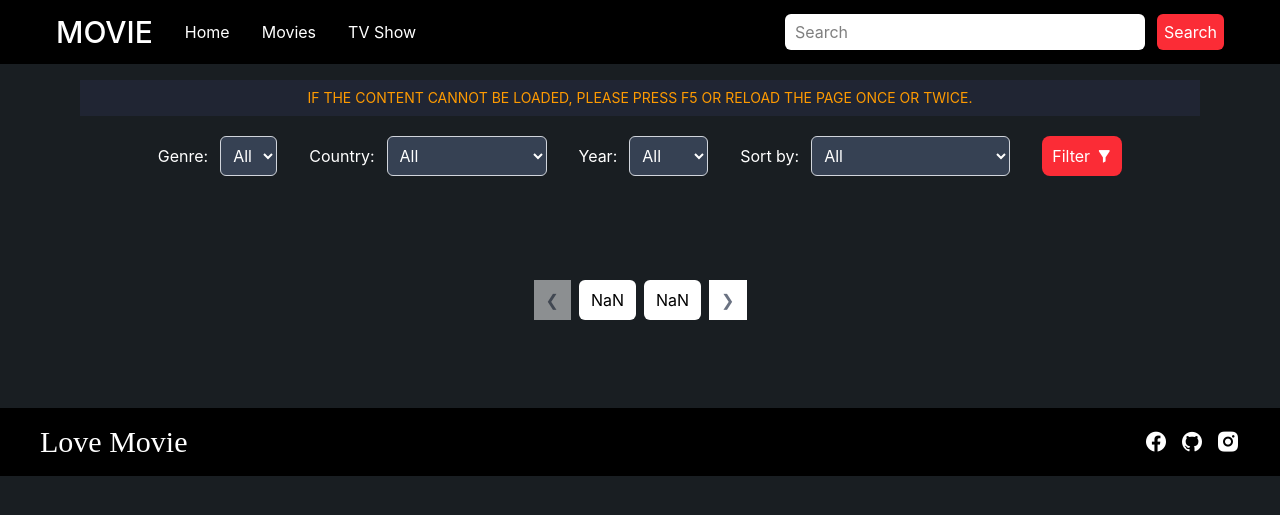
Repository: kimngoc9327/Love_Movie_Project
Page: /movieCategory
The author's editor kept a copy of each file at every save. The page is drawn from the files as they stood at one save, then again after the next save.
The browser window is 1280 px wide. The pictures show the whole page.
The page's requests for data from a server got no answer. The project was rebuilt for these pictures with package versions that can differ from the ones it lists, and the page was loaded fresh each time. No one was signed in, and anything a server would have sent is missing. Also part of the build but not shown: vite.config.js, src/components/ui/VoteAverage.jsx, src/components/ui/MovieCard.jsx, src/components/ui/MovieList.jsx, src/components/ui/Banner.jsx, src/pages/Home.jsx, src/components/ui/PlayTrailerButton.jsx, src/utils/formatTime.jsx and 8 more.

Above is the page before, as saved 2025-03-30 19:49:47.

### index.html
<!DOCTYPE html>
<html lang="en">
  <head>
    <meta charset="UTF-8" />
    <link rel="icon" type="image/svg+xml" href="/love-movie-logo.ico" />
    <meta name="viewport" content="width=device-width, initial-scale=1.0" />
    <title>Love Movie</title>
  </head>
  <body>
    <div id="root"></div>
    <script type="module" src="/src/main.jsx"></script>
  </body>
</html>

### src/main.jsx
import { createRoot } from "react-dom/client";
import "./index.css";
import App from "./App.jsx";
import { store } from "./redux/store";
import { Provider } from "react-redux";
import { BrowserRouter } from "react-router-dom";
import ScrollToTop from "./components/ScrollToTop.jsx";

createRoot(document.getElementById("root")).render(
  <BrowserRouter>
    <ScrollToTop />
    <Provider store={store}>
      <App />
    </Provider>
  </BrowserRouter>
);

### src/index.css
@import "tailwindcss";
@import "remixicon/fonts/remixicon.css";

:root {
  font-family: Inter, system-ui, Avenir, Helvetica, Arial, sans-serif;
  background-color: #171c20fc;
}

/* a {
  font-weight: 500;
  color: #646cff;
  text-decoration: inherit;
}
a:hover {
  color: #535bf2;
}

body {
  margin: 0;
  display: flex;
  place-items: center;
  min-width: 320px;
  min-height: 100vh;
}

h1 {
  font-size: 3.2em;
  line-height: 1.1;
}

button {
  border-radius: 8px;
  border: 1px solid transparent;
  padding: 0.6em 1.2em;
  font-size: 1em;
  font-weight: 500;
  font-family: inherit;
  background-color: #1a1a1a;
  cursor: pointer;
  transition: border-color 0.25s;
}
button:hover {
  border-color: #646cff;
}
button:focus,
button:focus-visible {
  outline: 4px auto -webkit-focus-ring-color;
}

@media (prefers-color-scheme: light) {
  :root {
    color: #213547;
    background-color: #ffffff;
  }
  a:hover {
    color: #747bff;
  }
  button {
    background-color: #f9f9f9;
  }
} */

### src/App.jsx
import { Route, Routes } from "react-router-dom";
import publicRoutes from "./routes";
import DefaultLayout from "./components/layout/DefaultLayout";
import { Fragment } from "react";
function App() {
  return (
    <>
      <Routes>
        {publicRoutes.map((route, index) => {
          const Page = route.component;
          let Layout = DefaultLayout;
          if (route.layout) {
            Layout = route.layout;
          } else if (route.layout === null) {
            Layout = Fragment;
          }
          return (
            <Route
              key={index}
              path={route.path}
              element={
                <Layout>
                  <Page />
                </Layout>
              }
            />
          );
        })}
      </Routes>
    </>
  );
}

export default App;

### src/redux/store.jsx
import { createStore, applyMiddleware } from "redux";
import { rootReducer } from "./rootReducer";
import { thunk } from "redux-thunk";

const store = createStore(rootReducer, applyMiddleware(thunk));

export { store };

### src/components/ScrollToTop.jsx
import { useEffect } from "react";
import { useLocation } from "react-router-dom";

const ScrollToTop = () => {
  const { pathname, search } = useLocation(); // Lắng nghe cả pathname và search

  useEffect(() => {
    window.scrollTo({ top: 0, left: 0, behavior: "smooth" });
  }, [pathname, search]); // Khi pathname hoặc search thay đổi, cuộn lên đầu

  return null;
};

export default ScrollToTop;

### src/routes/index.jsx
import DefaultLayout from "../components/layout/DefaultLayout";
import Home from "../pages/Home";
import MovieCategory from "../pages/MovieCategory";
import Movie from "../pages/Movie";
import MovieGenre from "../pages/MovieGenre";
import SearchMovie from "../pages/SearchMovie";
// import SearchMovie from "../pages/SearchMovie";

const publicRoutes = [
  { path: "/", component: Home, layout: DefaultLayout },
  { path: "/genre", component: MovieGenre, layout: DefaultLayout },
  { path: "/movieCategory", component: MovieCategory, layout: DefaultLayout },
  { path: "/movie", component: Movie, layout: DefaultLayout },
  { path: "/search", component: SearchMovie, layout: DefaultLayout },
];

export default publicRoutes;

### src/components/layout/DefaultLayout.jsx
import Header from "./Header";
import Footer from "./Footer";
import PropTypes from "prop-types";

function DefaultLayout({ children }) {
  return (
    <div>
      <Header />
      <div>{children}</div>
      <Footer />
    </div>
  );
}

DefaultLayout.propTypes = {
  children: PropTypes.any,
};

export default DefaultLayout;

### src/redux/rootReducer.jsx
import { combineReducers } from "redux";
import movieReducer from "./reducer/movieReducer";

export const rootReducer = combineReducers({
  movieReducer,
});

### src/pages/MovieCategory.jsx
import { useEffect, useState } from "react";
import { useDispatch, useSelector } from "react-redux";
import { useLocation, useNavigate } from "react-router-dom";
import { getMovies } from "../redux/actions/movieActions";
import MovieCard from "../components/ui/MovieCard";
import { POSTER_PATH } from "../constants/constants";
import PaginationButton from "../components/ui/PaginationButton";
import MovieFilterBar from "../components/ui/MovieFilterBar";
import Notice from "../components/ui/Notice";

function MovieCategory() {
  const dispatch = useDispatch();
  const location = useLocation();
  const navigate = useNavigate();
  const queryParams = new URLSearchParams(location.search);
  const category = queryParams.get("category");
  const movies = useSelector((state) => state.movieReducer.movies[category]);
  const [page, setPage] = useState(1);

  useEffect(() => {
    if (category) {
      const params = {
        page: page,
      };
      dispatch(getMovies(category, params));
    }
  }, [dispatch, category, page]);

  const totalPages = movies?.total_pages;

  const handleSelectMovie = (id) => {
    navigate(`/movie?id=${id}`);
  };

  return (
    <div className="m-20">
      <Notice />
      <div className="flex flex-col items-center mt-5">
        <MovieFilterBar />
        <div className="grid grid-cols-4 gap-8  my-12">
          {movies?.results
            ?.filter((movie) => movie.title && movie.poster_path)
            .map((movie) => (
              <div onClick={() => handleSelectMovie(movie?.id)} key={movie.id}>
                <MovieCard
                  title={movie?.title}
                  poster={POSTER_PATH + movie?.poster_path}
                  vote={Number(movie?.vote_average.toFixed(2))}
                />
              </div>
            ))}
        </div>
        <PaginationButton
          currentPage={page}
          onPageChange={setPage}
          totalPages={totalPages}
        />
      </div>
    </div>
  );
}

export default MovieCategory;

### src/components/layout/Header.jsx
import { Link } from "react-router-dom";
import MovieDropdown from "../ui/MovieDropdown";
import SearchInput from "../ui/SearchInput";

const Header = () => {
  return (
    <div className="flex fixed z-50 w-screen top-0 items-center text-white p-[24px] h-[64px] bg-black">
      <div className="flex space-x-8 items-center ml-8">
        <Link to="/">
          <p className="hover:text-red-500 font-medium text-3xl">MOVIE</p>
        </Link>
        <Link to="/">
          <p className="hover:text-red-500 text-base">Home</p>
        </Link>
        <MovieDropdown />
        <div className="relative group hover:text-red-500 hover:cursor-pointer">
          <p>TV Show</p>{" "}
          <span className="absolute top-full left-1/2 transform -translate-x-1/2 mb-2 w-max bg-[#202533] text-white text-xs px-2 py-1 rounded opacity-0 group-hover:opacity-100 transition-opacity">
            Coming soon
          </span>
        </div>
      </div>
      <SearchInput />
    </div>
  );
};

export default Header;

// import { useState } from "react";
// import { Link } from "react-router-dom";
// import MovieDropdown from "../ui/MovieDropdown";
// import SearchInput from "../ui/SearchInput";

// const Header = () => {
//   const [menuOpen, setMenuOpen] = useState(false);

//   return (
//     <div className="fixed lg:justify-between z-50 w-full top-0 bg-black text-white p-4 flex items-center justify-between h-16">
//       {/* Logo & Menu Button */}
//       <div className="flex  space-x-8 items-center ml-8 ">
//         {/* Hamburger Menu Button (Hidden on larger screens) */}
//         <button
//           className="ml-4 block lg:hidden text-white text-xl"
//           onClick={() => setMenuOpen(!menuOpen)}
//         >
//           {menuOpen ? (
//             <i className="ri-close-line"></i> // Icon đóng menu
//           ) : (
//             <i className="ri-menu-line"></i> // Icon mở menu
//           )}
//         </button>

//         <Link
//           to="/"
//           className="text-3xl max-lg:text-xl font-medium hover:text-red-500 mr-8"
//         >
//           MOVIE
//         </Link>
//       </div>

//       {/* Navigation Links (Hidden on small screens) */}
//       <div
//         className={`lg:flex lg:items-center lg:space-x-8 absolute lg:static top-16 left-0 w-full bg-black lg:bg-transparent p-4 lg:p-0 transition-all ${
//           menuOpen ? "block" : "hidden"
//         }`}
//       >
//         <Link to="/" className="block py-2 text-base hover:text-red-500">
//           Home
//         </Link>
//         <MovieDropdown />
//         <div className="relative group hover:text-red-500 hover:cursor-pointer block py-2">
//           <p>TV Show</p>
//           <span className="absolute top-full left-1/2 transform -translate-x-1/2 mt-2 w-max bg-[#202533] text-white text-xs px-2 py-1 rounded opacity-0 group-hover:opacity-100 transition-opacity">
//             Coming soon
//           </span>
//         </div>
//       </div>

//       {/* Search Input (Always visible) */}
//       <div className="ml-auto hidden lg:block">
//         <SearchInput />
//       </div>
//     </div>
//   );
// };

// export default Header;

### src/components/layout/Footer.jsx
function Footer() {
  return (
    <div className="flex space-x-10 mt-12 py-4 px-10 items-center justify-between text-white bg-black">
      <p className="font-[fantasy] text-3xl ">Love Movie</p>

      <div className="flex space-x-3 max-lg:bg-white">
        <i className="ri-facebook-circle-fill  text-2xl"></i>
        <i className="ri-github-fill  text-2xl"></i>
        <i className="ri-instagram-fill text-2xl"></i>
      </div>
    </div>
  );
}

export default Footer;

### src/redux/reducer/movieReducer.jsx
import {
  GET_GENRE_MOVIE,
  GET_MOVIE,
  GET_MOVIE_COLLECTION,
  GET_MOVIE_DISCOVER,
  GET_MOVIES,
  GET_RECOMMENDATIONS,
  SEARCH_MOVIE,
} from "../types";

const initialState = {
  movies: {},
  genres: {},
  search: {},
  recommendations: {},
  collection: null,
  currentMovie: null,
};

const movieReducer = (state = initialState, action) => {
  switch (action.type) {
    case GET_MOVIES:
      return {
        ...state,
        movies: { ...state.movies, [action.category]: action.payload },
      };
    case GET_MOVIE_DISCOVER:
      return { ...state, movies: action.payload };
    case GET_MOVIE_COLLECTION:
      return { ...state, collection: action.payload };
    case GET_GENRE_MOVIE:
      return { ...state, genres: action.payload };
    case GET_RECOMMENDATIONS:
      return { ...state, recommendations: action.payload };
    case SEARCH_MOVIE:
      return { ...state, search: action.payload };
    case GET_MOVIE:
      return { ...state, currentMovie: action.payload };
    default:
      return state;
  }
};

export default movieReducer;

### src/redux/actions/movieActions.jsx
import axios from "axios";
import {
  GET_MOVIES,
  GET_MOVIE,
  GET_MOVIE_DISCOVER,
  GET_GENRE_MOVIE,
  GET_MOVIE_COLLECTION,
  SEARCH_MOVIE,
  GET_RECOMMENDATIONS,
} from "../types";
import { AUTH_TOKEN, BASE_URL } from "../../constants/constants";

const getMovies =
  (category, params = {}) =>
  async (dispatch) => {
    try {
      const response = await axios.get(`${BASE_URL}/movie/${category}`, {
        headers: {
          Authorization: `Bearer ${AUTH_TOKEN}`,
        },
        params: {
          ...params,
        },
      });

      dispatch({ type: GET_MOVIES, payload: response.data, category });
    } catch (error) {
      console.error(error);
    }
  };

const getMovieDiscover =
  (params = {}) =>
  async (dispatch) => {
    try {
      const response = await axios.get(`${BASE_URL}/discover/movie`, {
        headers: {
          Authorization: `Bearer ${import.meta.env.VITE_API_TOKEN}`,
        },
        params: {
          ...params,
        },
      });

      dispatch({ type: GET_MOVIE_DISCOVER, payload: response.data });
    } catch (error) {
      console.log(error);
    }
  };

const getGenreMovie = () => async (dispatch) => {
  try {
    const response = await axios.get(`${BASE_URL}/genre/movie/list`, {
      headers: {
        Authorization: `Bearer ${AUTH_TOKEN}`,
      },
    });

    dispatch({ type: GET_GENRE_MOVIE, payload: response.data });
  } catch (error) {
    console.log(error);
  }
};

const getMovieCollection = (id) => async (dispatch) => {
  try {
    const response = await axios.get(`${BASE_URL}/collection/${id}`, {
      headers: {
        Authorization: `Bearer ${AUTH_TOKEN}`,
      },
    });
    dispatch({ type: GET_MOVIE_COLLECTION, payload: response.data });
  } catch (error) {
    console.log(error);
  }
};

const getRecommendations = (id) => async (dispatch) => {
  try {
    const response = await axios.get(
      `${BASE_URL}/movie/${id}/recommendations`,
      {
        headers: {
          Authorization: `Bearer ${AUTH_TOKEN}`,
        },
      }
    );
    dispatch({ type: GET_RECOMMENDATIONS, payload: response.data });
  } catch (error) {
    console.log(error);
  }
};

const searchMovie =
  (params = {}) =>
  async (dispatch) => {
    try {
      const response = await axios.get(`${BASE_URL}/search/movie`, {
        headers: {
          Authorization: `Bearer ${AUTH_TOKEN}`,
        },
        params: {
          ...params,
        },
      });

      dispatch({ type: SEARCH_MOVIE, payload: response.data });
    } catch (error) {
      console.log(error);
    }
  };

const getMovie = (id) => async (dispatch) => {
  try {
    const response = await axios.get(`${BASE_URL}/movie/${id}`, {
      headers: {
        Authorization: `Bearer ${AUTH_TOKEN}`,
      },
      params: {
        append_to_response: "videos,translations,casts",
        language: "en-US",
      },
    });

    dispatch({ type: GET_MOVIE, payload: response.data });
  } catch (error) {
    console.log(error);
  }
};

export {
  getMovies,
  getMovie,
  getMovieDiscover,
  getGenreMovie,
  getMovieCollection,
  getRecommendations,
  searchMovie,
};

### src/constants/constants.jsx
export const API_KEY = import.meta.env.VITE_API_KEY;
export const AUTH_TOKEN = import.meta.env.VITE_API_TOKEN;
export const DEFAULT_IMAGE =
  "https://www.themoviedb.org/assets/2/v4/glyphicons/basic/glyphicons-basic-38-picture-grey-c2ebdbb057f2a7614185931650f8cee23fa137b93812ccb132b9df511df1cfac.svg";
export const POSTER_PATH = `https://image.tmdb.org/t/p/w500`;
export const BACKDROP_PATH = `https://image.tmdb.org/t/p/original`;
export const BASE_URL = `https://api.themoviedb.org/3`;

### src/components/ui/PaginationButton.jsx
import PropTypes from "prop-types";

const PaginationButton = ({ currentPage, totalPages, onPageChange }) => {
  const getPageNumbers = () => {
    const pages = [];
    const maxPages = Math.min(totalPages, 500);

    if (maxPages <= 6) {
      for (let i = 1; i <= maxPages; i++) pages.push(i);
    } else {
      if (currentPage > 1) pages.push(1, "...");

      if (currentPage < maxPages - 1) {
        pages.push(currentPage);
        if (currentPage + 1 <= maxPages) pages.push(currentPage + 1);
        if (currentPage + 2 <= maxPages) pages.push(currentPage + 2);
      }

      if (currentPage < maxPages - 2) pages.push("...");

      pages.push(maxPages - 1, maxPages);
    }

    return pages;
  };

  return (
    <div className="flex items-center space-x-2 rounded-md px-4 py-2">
      <button
        className={`px-3 py-2 bg-white text-gray-500 hover:cursor-pointer ${
          currentPage === 1
            ? "opacity-50 cursor-not-allowed"
            : "hover:bg-gray-200"
        }`}
        disabled={currentPage === 1}
        onClick={() => onPageChange(currentPage - 1)}
      >
        ❮
      </button>

      {getPageNumbers().map((page, index) =>
        page === "..." ? (
          <span key={index} className="px-3 py-2 text-gray-500 ">
            ...
          </span>
        ) : (
          <button
            key={index}
            className={`px-3 py-2 bg-white rounded-md hover:cursor-pointer ${
              currentPage === page
                ? "!bg-indigo-600 text-white"
                : "hover:bg-gray-200"
            }`}
            onClick={() => onPageChange(page)}
          >
            {page}
          </button>
        )
      )}

      <button
        className={`px-3 py-2 bg-white text-gray-500 hover:cursor-pointer ${
          currentPage === totalPages
            ? "opacity-50 cursor-not-allowed"
            : "hover:bg-gray-200"
        }`}
        disabled={currentPage === totalPages}
        onClick={() => onPageChange(currentPage + 1)}
      >
        ❯
      </button>
    </div>
  );
};

PaginationButton.propTypes = {
  currentPage: PropTypes.any,
  onPageChange: PropTypes.any,
  totalPages: PropTypes.any,
};

export default PaginationButton;

### src/components/ui/Notice.jsx
function Notice() {
  return (
    <div className="bg-[#202533] p-2">
      <p className="text-amber-500 text-center text-sm">
        IF THE CONTENT CANNOT BE LOADED, PLEASE PRESS F5 OR RELOAD THE PAGE ONCE
        OR TWICE.
      </p>
    </div>
  );
}

export default Notice;

### src/components/ui/MovieDropdown.jsx
import { Menu, MenuButton, MenuItem, MenuItems } from "@headlessui/react";
import { useEffect, useState } from "react";
import { useDispatch, useSelector } from "react-redux";
import {
  getGenreMovie,
  getMovieDiscover,
} from "../../redux/actions/movieActions";
import { useNavigate } from "react-router-dom";

function MovieDropdown() {
  const [isOpen, setIsOpen] = useState(false);
  const dispatch = useDispatch();
  const navigate = useNavigate();
  const genres = useSelector((state) => state.movieReducer.genres);

  useEffect(() => {
    dispatch(getGenreMovie());
  }, [dispatch]);

  const handleGenreSelect = (genreId) => {
    dispatch(getMovieDiscover(genreId));
    navigate(`/genre?genre=${genreId}`);
    setIsOpen(false);
  };

  return (
    <div className="relative" onMouseUp={() => setIsOpen(true)}>
      <Menu>
        <MenuButton className="hover:text-red-500 text-base hover:cursor-pointer">
          Movies
        </MenuButton>
        {isOpen && (
          <MenuItems className="grid grid-cols-3 gap-4 absolute left-0 mt-2 w-150 p-2 origin-top-right rounded-md bg-black ring-1 z-40 focus:outline-none">
            {genres?.genres?.map((genre, index) => (
              <MenuItem
                id={genre.id}
                key={index}
                as="div"
                className="px-4 py-2 text-white hover:bg-gray-700 cursor-pointer"
                onClick={() => handleGenreSelect(genre.id)}
              >
                {genre.name}
              </MenuItem>
            ))}
          </MenuItems>
        )}
      </Menu>
    </div>
  );
}

export default MovieDropdown;

### src/components/ui/SearchInput.jsx
import { useEffect, useState, useRef } from "react";
import { useLocation, useNavigate } from "react-router-dom";
import { AUTH_TOKEN, BASE_URL, POSTER_PATH } from "../../constants/constants";
import axios from "axios";

function SearchInput() {
  const navigate = useNavigate();
  const location = useLocation();
  const [query, setQuery] = useState("");
  const [showResults, setShowResults] = useState(false);

  const resultsRef = useRef(null);

  const [suggestions, setSuggestions] = useState([]); // Thêm state cục bộ để lưu kết quả gợi ý

  useEffect(() => {
    if (query.trim() === "") {
      setSuggestions([]);
      return;
    }

    const timer = setTimeout(async () => {
      try {
        const response = await axios.get(`${BASE_URL}/search/movie`, {
          headers: {
            Authorization: `Bearer ${AUTH_TOKEN}`,
          },
          params: {
            query: query,
            include_adult: false,
            language: "en-US",
            page: 1,
          },
        });

        setSuggestions(response.data);
        setShowResults(true);
      } catch (error) {
        console.error("Lỗi khi tìm kiếm phim:", error);
        setSuggestions([]);
      }
    }, 500);

    return () => clearTimeout(timer);
  }, [query]);

  useEffect(() => {
    setShowResults(false);
  }, [location.pathname, location.search]);

  useEffect(() => {
    function handleClickOutside(event) {
      if (resultsRef.current && !resultsRef.current.contains(event.target)) {
        setShowResults(false);
      }
    }

    document.addEventListener("mousedown", handleClickOutside);
    return () => document.removeEventListener("mousedown", handleClickOutside);
  }, []);

  const handleSearch = (e) => {
    e.preventDefault();
    navigate(`/search?query=${query}`);
  };

  const handleSelectMovie = (id) => {
    navigate(`/movie?id=${id}`);
    setShowResults(false);
    setQuery("");
  };

  return (
    <>
      <form
        onSubmit={handleSearch}
        className="ml-auto mr-8 flex items-center space-x-3 relative"
      >
        <input
          className="h-[36px] w-90 text-black pl-[10px] bg-white rounded-md"
          placeholder="Search"
          value={query || ""}
          onChange={(e) => setQuery(e.target.value)}
        />
        <button
          type="submit"
          className="bg-red-500 px-[7px] h-[36px] text-center rounded-md"
        >
          Search
        </button>

        {showResults && suggestions?.results?.length > 0 && (
          <div
            ref={resultsRef}
            className="absolute w-90 top-14 bg-black text-white mt-2 rounded-md shadow-lg p-2"
          >
            {suggestions?.results?.slice(0, 8).map((movie, index) => (
              <div
                onClick={() => handleSelectMovie(movie?.id)}
                key={index}
                className="p-2 cursor-pointer hover:bg-gray-800 flex space-x-4 items-center"
              >
                <img
                  src={POSTER_PATH + movie.poster_path}
                  className="object-cover w-10 h-10"
                />
                <span className="text-gray-300">{movie.title}</span>
              </div>
            ))}
          </div>
        )}
      </form>
    </>
  );
}

export default SearchInput;

### src/redux/types.jsx
export const GET_MOVIES = "GET_MOVIES";
export const GET_MOVIE = "GET_MOVIE";
export const GET_GENRE_MOVIE = "GET_GENRE_MOVIE";
export const GET_MOVIE_DISCOVER = "GET_MOVIE_DISCOVER";
export const GET_MOVIE_COLLECTION = "GET_MOVIE_COLLECTION";
export const GET_RECOMMENDATIONS = "GET_RECOMMENDATIONS";
export const SEARCH_MOVIE = "SEARCH_MOVIE";

Loaded but not shown: src/components/ui/MovieFilterBar.jsx (181 lines, source omitted)

After the next save:
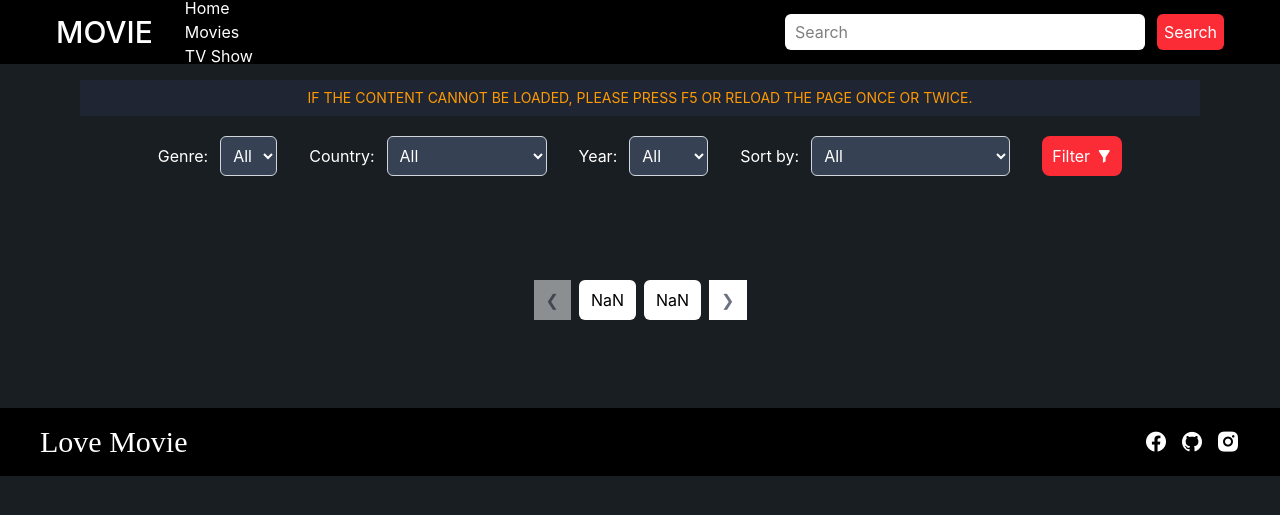
Saved 109 s later.
--- a/src/components/layout/Header.jsx
+++ b/src/components/layout/Header.jsx
@@ -1,26 +1,40 @@
 import { Link } from "react-router-dom";
 import MovieDropdown from "../ui/MovieDropdown";
 import SearchInput from "../ui/SearchInput";
+import { useState } from "react";
 
 const Header = () => {
+  const [menuOpen, setMenuOpen] = useState(false);
   return (
     <div className="flex fixed z-50 w-screen top-0 items-center text-white p-[24px] h-[64px] bg-black">
       <div className="flex space-x-8 items-center ml-8">
         <Link to="/">
           <p className="hover:text-red-500 font-medium text-3xl">MOVIE</p>
         </Link>
-        <Link to="/">
-          <p className="hover:text-red-500 text-base">Home</p>
-        </Link>
-        <MovieDropdown />
-        <div className="relative group hover:text-red-500 hover:cursor-pointer">
-          <p>TV Show</p>{" "}
-          <span className="absolute top-full left-1/2 transform -translate-x-1/2 mb-2 w-max bg-[#202533] text-white text-xs px-2 py-1 rounded opacity-0 group-hover:opacity-100 transition-opacity">
-            Coming soon
-          </span>
+        <div>
+          <Link to="/">
+            <p className="hover:text-red-500 text-base">Home</p>
+          </Link>
+          <MovieDropdown />
+          <div className="relative group hover:text-red-500 hover:cursor-pointer">
+            <p>TV Show</p>{" "}
+            <span className="absolute top-full left-1/2 transform -translate-x-1/2 mb-2 w-max bg-[#202533] text-white text-xs px-2 py-1 rounded opacity-0 group-hover:opacity-100 transition-opacity">
+              Coming soon
+            </span>
+          </div>
         </div>
       </div>
       <SearchInput />
+      <button
+        className="ml-4 block lg:hidden text-white text-xl"
+        onClick={() => setMenuOpen(!menuOpen)}
+      >
+        {menuOpen ? (
+          <i className="ri-close-line"></i> // Icon đóng menu
+        ) : (
+          <i className="ri-menu-line"></i> // Icon mở menu
+        )}
+      </button>
     </div>
   );
 };
